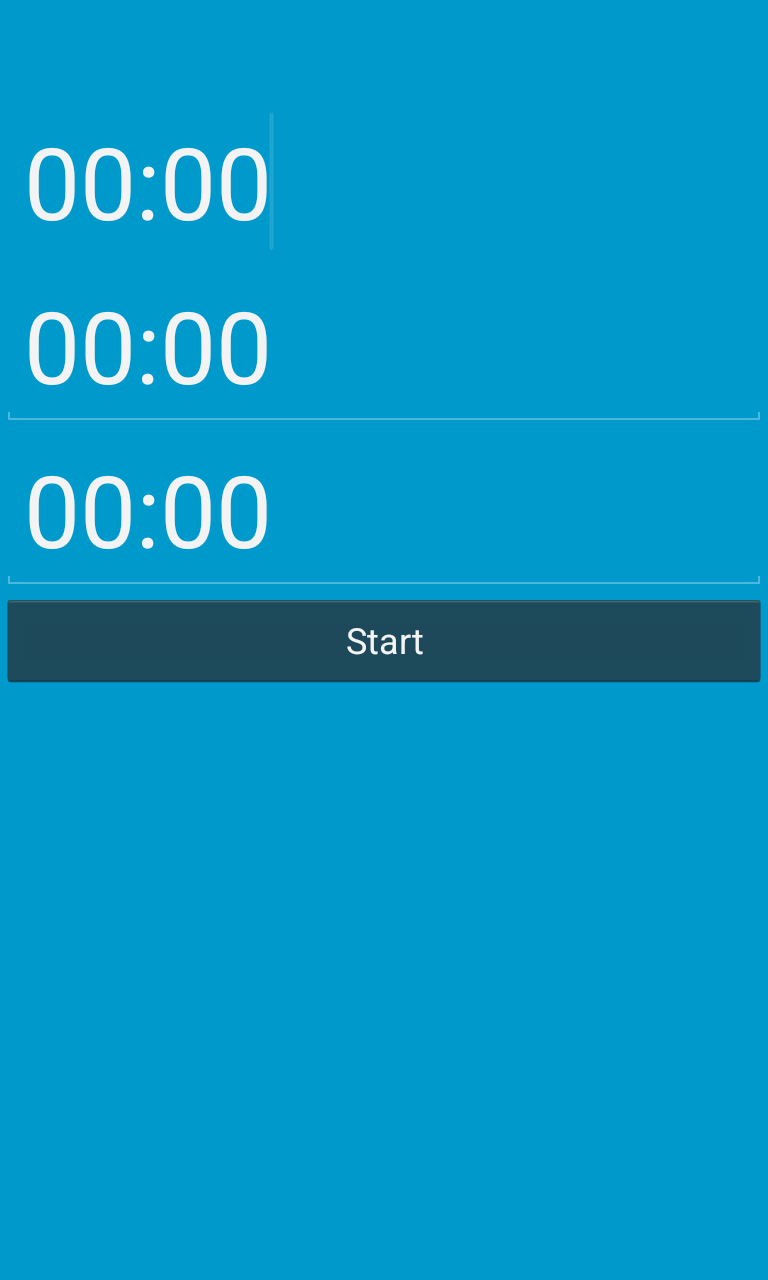
Repository: sebrockm/recuti
Layout: Recuti/res/layout/activity_main.xml
These files come from the project's save history. The layout is drawn as it stood at one moment and after the next save; the edit follows.
It is drawn on a 768 x 1280 px phone screen (xhdpi) without system bars, with theme FullscreenTheme; the app's code is not run.

Above is the layout before, as saved 2014-06-13 22:20:49.

### Recuti/res/layout/activity_main.xml
<FrameLayout xmlns:android="http://schemas.android.com/apk/res/android"
    xmlns:tools="http://schemas.android.com/tools"
    android:layout_width="match_parent"
    android:layout_height="match_parent"
    android:background="#0099cc"
    tools:context=".MainActivity" >

    <!--
         The primary full-screen view. This can be replaced with whatever view
         is needed to present your content, e.g. VideoView, SurfaceView,
         TextureView, etc.
    -->

    <!--
         This FrameLayout insets its children based on system windows using
         android:fitsSystemWindows.
    -->

    <TableLayout
        android:layout_width="match_parent"
        android:layout_height="458dp"
        android:paddingTop="50dp" >

        <TableRow
            android:id="@+id/tableRow1"
            android:layout_width="wrap_content"
            android:layout_height="wrap_content" >

            <EditText
                android:id="@+id/editText1"
                android:layout_width="wrap_content"
                android:layout_height="wrap_content"
                android:ems="10"
                android:inputType="time"
                android:text="00:00"
                android:textSize="50sp" >

                <requestFocus />
            </EditText>

        </TableRow>

        <TableRow
            android:id="@+id/tableRow2"
            android:layout_width="wrap_content"
            android:layout_height="wrap_content" >

            <EditText
                android:id="@+id/editText2"
                android:layout_width="wrap_content"
                android:layout_height="wrap_content"
                android:ems="10"
                android:inputType="time"
                android:text="00:00"
                android:textSize="50sp" />

        </TableRow>

        <TableRow
            android:id="@+id/tableRow3"
            android:layout_width="wrap_content"
            android:layout_height="wrap_content" >

            <EditText
                android:id="@+id/editText3"
                android:layout_width="wrap_content"
                android:layout_height="wrap_content"
                android:ems="10"
                android:inputType="time"
                android:text="00:00"
                android:textSize="50sp" />

        </TableRow>

        <Button
            android:id="@+id/button1"
            android:layout_width="wrap_content"
            android:layout_height="wrap_content"
            android:text="Start" />

    </TableLayout>

</FrameLayout>

Loaded but not shown: Recuti/res/values-v11/styles.xml (common file); Recuti/res/values/styles.xml (common file); Recuti/res/values/colors.xml (common file)

After the next save:
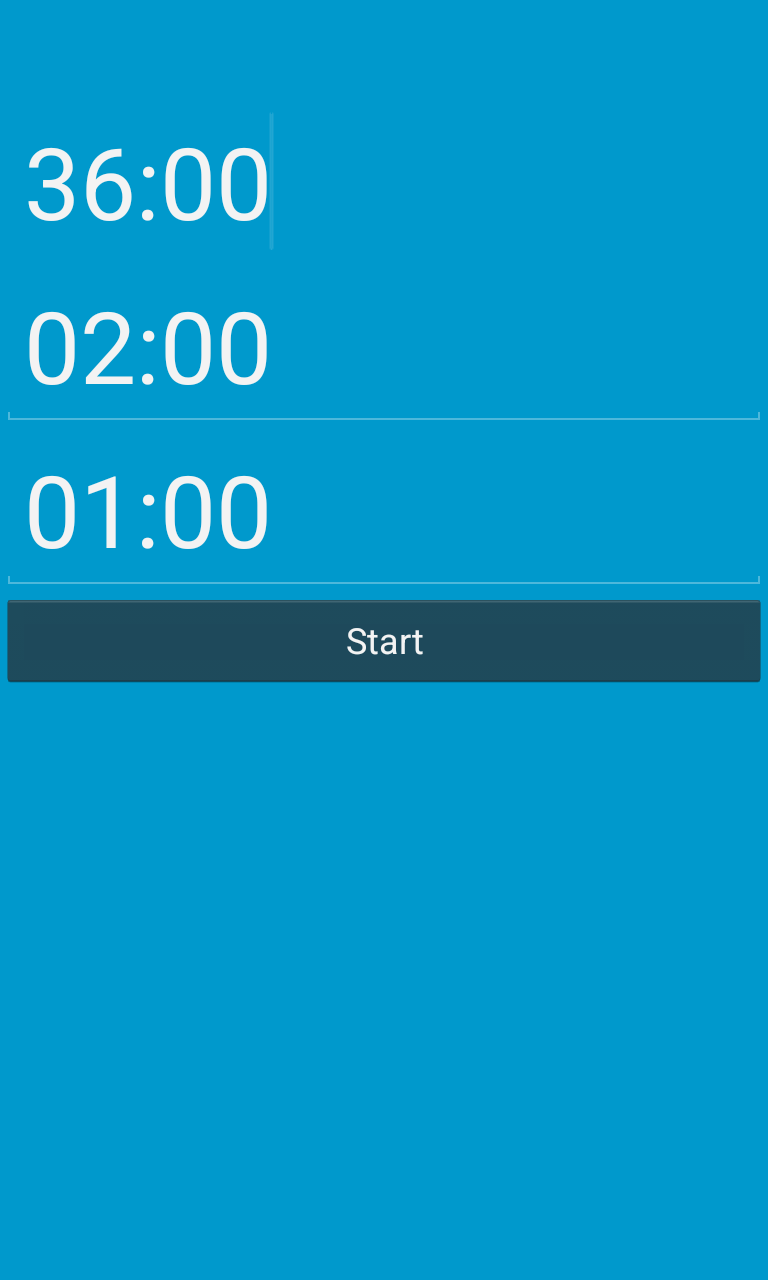
Saved 2 min 48 s later.
--- a/Recuti/res/layout/activity_main.xml
+++ b/Recuti/res/layout/activity_main.xml
@@ -32,7 +32,7 @@
                 android:layout_height="wrap_content"
                 android:ems="10"
                 android:inputType="time"
-                android:text="00:00"
+                android:text="36:00"
                 android:textSize="50sp" >
 
                 <requestFocus />
@@ -51,7 +51,7 @@
                 android:layout_height="wrap_content"
                 android:ems="10"
                 android:inputType="time"
-                android:text="00:00"
+                android:text="02:00"
                 android:textSize="50sp" />
 
         </TableRow>
@@ -67,7 +67,7 @@
                 android:layout_height="wrap_content"
                 android:ems="10"
                 android:inputType="time"
-                android:text="00:00"
+                android:text="01:00"
                 android:textSize="50sp" />
 
         </TableRow>
